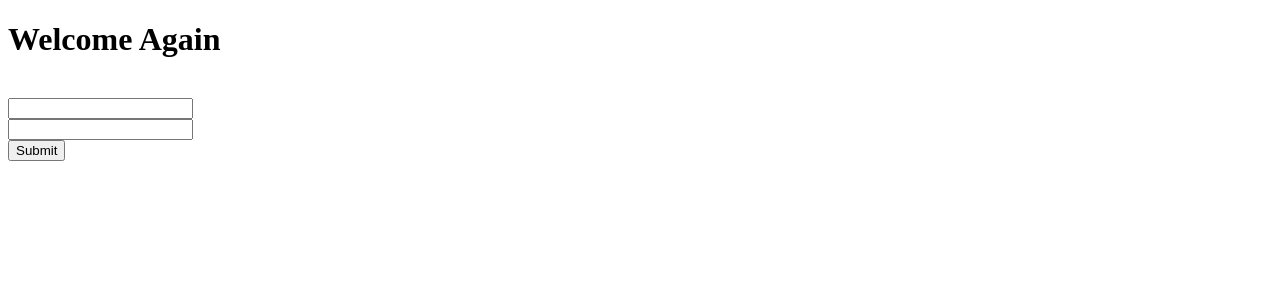
Repository: sandipgole/SpringBoot
Page: http://localhost/08_Jpa_mvc_H2_partTwo/home.jsp
These files come from the project's save history. The page is drawn as it stood at one moment and after the next save; the edit follows.
The browser window is 1280 px wide. The pictures show the whole page.
The page is served by Tomcat 9. Other server files are loaded and not shown.

Above is the page before, as saved 2019-11-23 10:27:38.

### 08_Jpa_mvc_H2_partTwo/src/main/webapp/home.jsp
<%@ page language="java" contentType="text/html; charset=ISO-8859-1"
    pageEncoding="ISO-8859-1"%>
<!DOCTYPE html>
<html>
<head>
<meta charset="ISO-8859-1">
<title>Insert title here</title>
</head>
<body>
<h1>Welcome Again</h1><br>
<form action="addAlien">
		<input type="text" name="aid"><br>
		<input type ="text" name="aname"><br>
		<input type="submit"><br>
		</form>
</body>
</html>

After the next save:
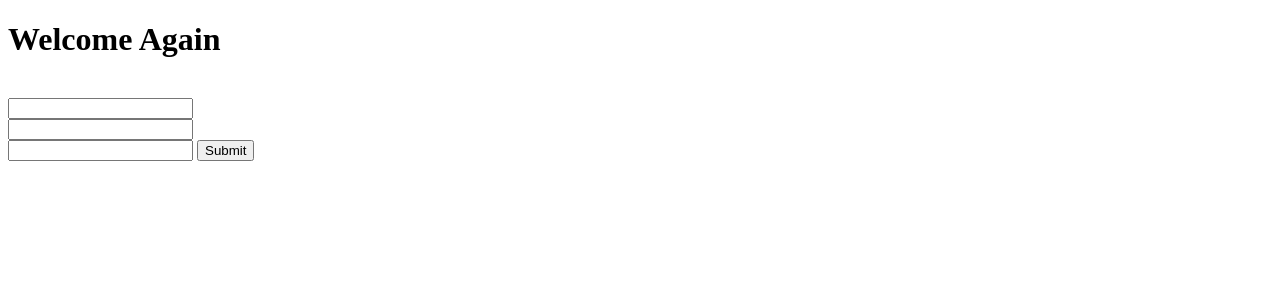
Saved 40 s later.
--- a/08_Jpa_mvc_H2_partTwo/src/main/webapp/home.jsp
+++ b/08_Jpa_mvc_H2_partTwo/src/main/webapp/home.jsp
@@ -11,6 +11,7 @@
 <form action="addAlien">
 		<input type="text" name="aid"><br>
 		<input type ="text" name="aname"><br>
+		<input type="text" name="atech"<br>
 		<input type="submit"><br>
 		</form>
 </body>
